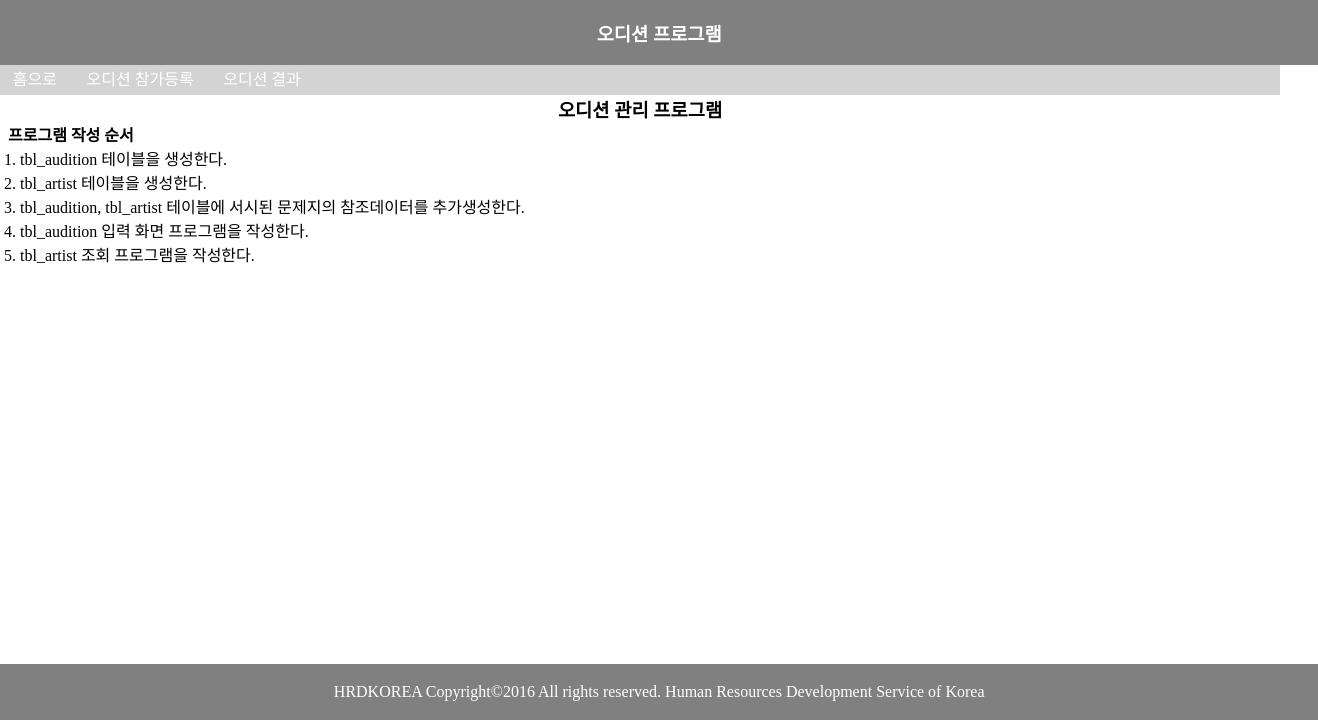
Repository: jieun000/Craftsman_Information_Processing
Page: http://localhost/Test/main.jsp
The author's editor kept a copy of each file at every save. The page is drawn from the files as they stood at one save, then again after the next save.
The browser window is 1280 px wide. The page is 1318 px wide, so the pictures cover 1318 px, including what lies to the right of the window. The pictures show the whole page.
The page is served by Tomcat 9.

Above is the page before, as saved 2023-09-06 01:28:22.

After the next save:
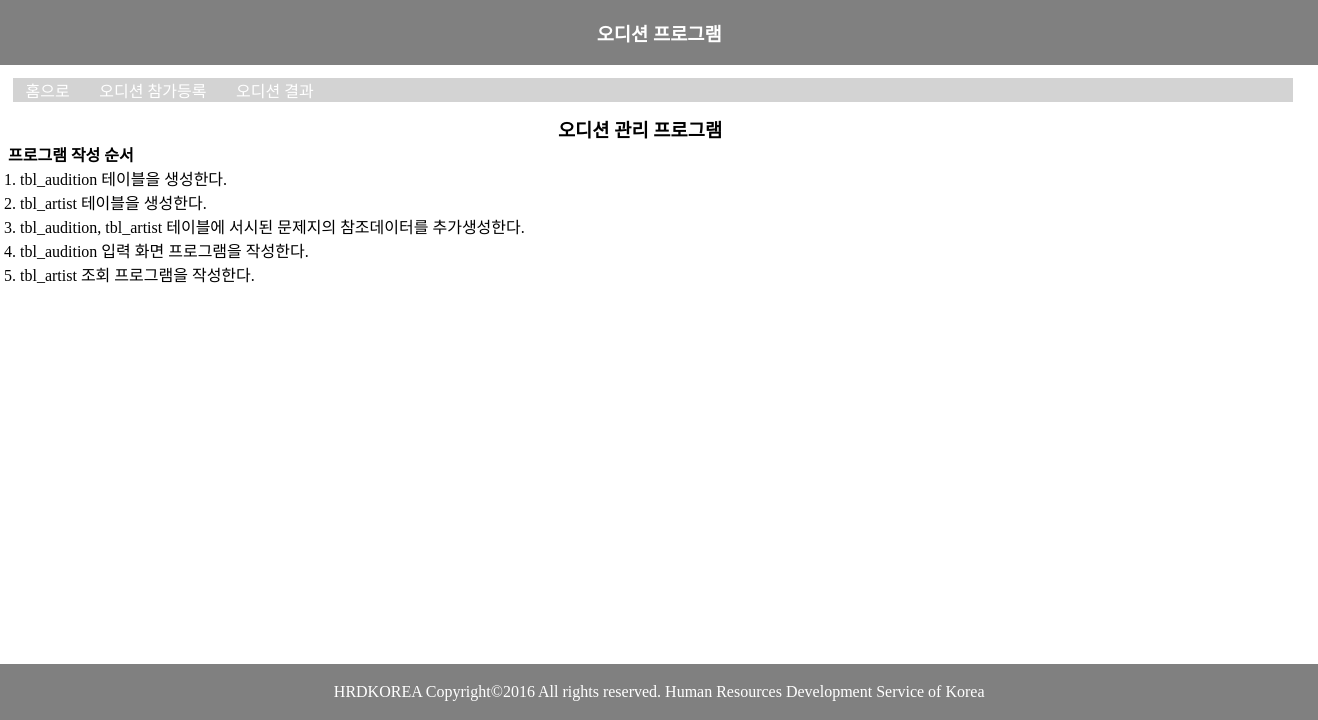
Saved 17 s later.
--- a/02_study/Test/src/main/webapp/main.jsp
+++ b/02_study/Test/src/main/webapp/main.jsp
@@ -15,7 +15,7 @@ nav > a:hover { background: gray; }
 	<header style="background: gray; color: white; text-align: center; width: 100%; padding: 1.5%;">
 		<h3>오디션 프로그램</h3>
 	</header>
-	<nav style="background: lightgray; width: 100%; height: 30px;">
+	<nav style="background: lightgray; width: 100%; margin: 1%;">
 		<a href="main.jsp">홈으로</a>
 		<a href="joinForm.jsp">오디션 참가등록</a>
 		<a href="result.jsp">오디션 결과</a>
